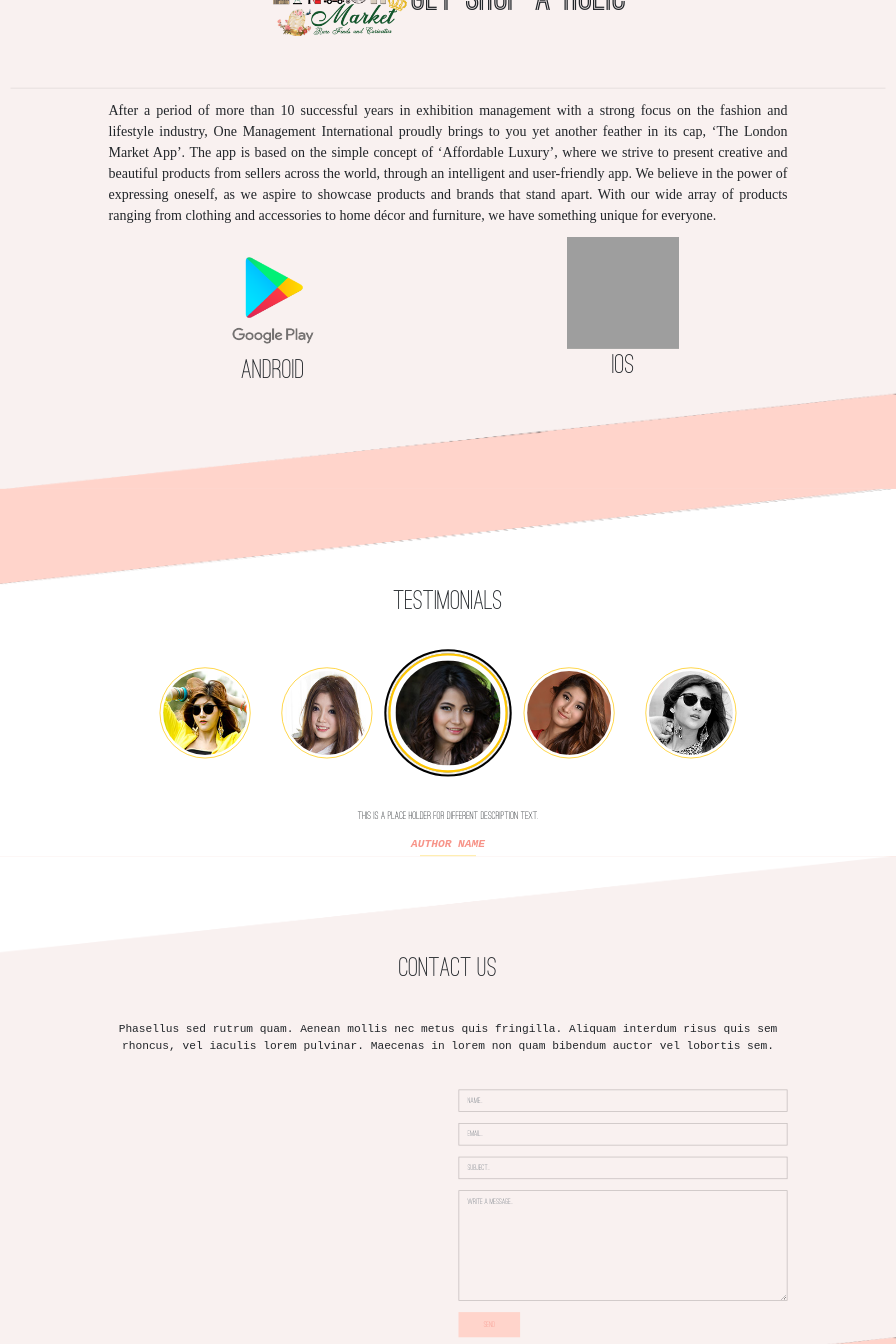
Repository: Demonster1999/newshoperrepo
Page: index.html
The author's editor kept a copy of each file at every save. The page is drawn from the files as they stood at one save, then again after a run of saves.
The browser window is 1280 px wide. The pictures show the part of the page from y = 799 to 2719 px (the page is 2912 px tall), at 70% of full size.
Pictures or frames that could not be fetched are drawn as grey boxes. Some web libraries are served in a nearby version.

Above is the page before, as saved 2020-07-21 13:35:37.
Console error: TypeError: Cannot read properties of null (reading 'getContext')

### index.html
<!DOCTYPE html>
<head>
	<meta charset="UTF-8">
	<title>London Market</title>
	<meta name="keywords" content="" />
	<meta name="description" content="" />
    <meta name="viewport" content="width=device-width, initial-scale=1.0">
    <!--
    	Roller Template
		http://www.london-market.com/preview/london-market_424_roller
	-->
	<link rel="stylesheet" href="https://fonts.googleapis.com/css2?family=Great+Vibes">
	<link href="http://fonts.googleapis.com/css?family=Open+Sans:300,400,700" rel="stylesheet" type="text/css">
	<!-- <link href="css/font-awesome.min.css" rel="stylesheet">FontAwesome Icons -->
	<link rel="stylesheet" href="https://cdnjs.cloudflare.com/ajax/libs/font-awesome/5.14.0/css/all.min.css"
		integrity="sha512-1PKOgIY59xJ8Co8+NE6FZ+LOAZKjy+KY8iq0G4B3CyeY6wYHN3yt9PW0XpSriVlkMXe40PTKnXrLnZ9+fkDaog=="
		crossorigin="anonymous" />
	<link rel="stylesheet" href="https://maxcdn.bootstrapcdn.com/bootstrap/4.0.0/css/bootstrap.min.css" integrity="sha384-Gn5384xqQ1aoWXA+058RXPxPg6fy4IWvTNh0E263XmFcJlSAwiGgFAW/dAiS6JXm" crossorigin="anonymous">
	<link rel="stylesheet" href="fonts/ostrich-sans.css">
	<link href="css/LondonMarket.css" rel="stylesheet" type="text/css">
	<link rel="stylesheet" href="css/into-to-app.css">
	<link rel="stylesheet" href="css/navbar.css">
	<link rel="stylesheet" href="css/carousel.css">

</head>
<body>
	<nav class="navbar custom-nav sticky-top p-0 m-0 ">
		<a class="navbar-brand mx-auto text-white" style="font-family: Great Vibes; font-size: 40px;" href="#">London Market</a>

	  </nav>

	<nav class="navbar third-nav navbar-expand-lg navbar-light bg-light">
		<div class="container">
			<button class="navbar-toggler navbar-toggler-icon" type="button" data-toggle="collapse" data-target="#navbarSupportedChontent"
			aria-controls="navbarSupportedContent" aria-expanded="false" aria-label="Toggle navigation">
			<span class=""></span>
		</button>


		<div class="collapse navbar-collapse" id="navbarSupportedContent">
			<ul class="navbar-nav  mr-auto text-center">

				<li class="nav-item">
					<a class=" " href="#">Register</a>
				</li>
				<li class="nav-item ">
					<a class="" href="#">login</a>
				</li>


		</div>
		<div class="  mr-auto ">
			<!-- social icons  -->
			<button class="fab fa-facebook-f"></button>
			<button class="fab fa-twitter"></button>
			<button class="fab fa-linkedin-in"></button>
			<button class="fab fa-instagram"></button>
			<button class="fab fa-youtube"></button>
		</div>
		</div>

	</nav>


	<!-- nav with dots  -->
	<nav class="nav">
        <ul>
            <li class="dot1 active" id="ec1" data-toggle="tooltip" data-placement="left" title="Tooltip on left"></li>
            <li class="dot2" id="ec2" data-toggle="tooltip" data-placement="left" title="Tooltip on left"></li>
            <li class="dot3" id="ec3"  data-toggle="tooltip" data-placement="left" title="Tooltip on left"></li>
			<li class="dot4" id="ec4"  data-toggle="tooltip" data-placement="left" title="Tooltip on left"></li>
			<li class="dot5" id="ec5"  data-toggle="tooltip" data-placement="left" title="Tooltip on left"></li>
			<li class="dot5" id="ec5"  data-toggle="tooltip" data-placement="left" title="Tooltip on left"></li>
        </ul>
    </nav>

		<section class="" id="home">
			<div id="demo" class="carousel slide" data-ride="carousel">
				<ul class="carousel-indicators">
					<li data-target="#demo" data-slide-to="0" class="active"></li>
					<li data-target="#demo" data-slide-to="1"></li>
					<li data-target="#demo" data-slide-to="2"></li>
					<!-- <li data-target="#demo" data-slide-to="3"></li> -->
				</ul>
				<div class="carousel-inner">
					<div class="carousel-item active">
						<img src="images/carousel/carousel1.jpg" alt="Los Angeles"   >
						<div class="carousel-caption">
							<h3>Los Angeles</h3>
							<p>We had such a great time in LA!</p>
						</div>
					</div>
					<div class="carousel-item">
						<img src="images/carousel/carousel4.jpg" alt="Chicago"  >
						<div class="carousel-caption">
							<h3>Chicago</h3>
							<p>Thank you, Chicago!</p>
						</div>
					</div>
					<div class="carousel-item">
						<img src="images/carousel/cp11.jpg" alt="Chicago" >
						<div class="carousel-caption">
							<h3>Chicago</h3>
							<p>Thank you, Chicago!</p>
						</div>
					</div>
					<!-- <div class="carousel-item">
						<img src="images/images/lmimages/Adobe_20200716_143015.png" alt="Chicago">
						<div class="carousel-caption">
							<h3>Chicago</h3>
							<p>Thank you, Chicago!</p>
						</div>
					</div> -->
					<!-- <div class="carousel-item">
						<img src="images/carousel/carousel3.jpg" alt="New York" class=" w-100" style="height: 300px; max-height: 500px;">
						<div class="carousel-caption">
							<h3>New York</h3>
							<p>We love the Big Apple!</p>
						</div>
					</div> -->
				</div>
				<a class="carousel-control-prev" href="#demo" data-slide="prev">
					<span class="carousel-control-prev-icon"></span>
				</a>
				<a class="carousel-control-next" href="#demo" data-slide="next">
					<span class="carousel-control-next-icon"></span>
				</a>
			</div>
		</section>

<section class=" intro-to-app container-fluid">
	<img src="images/tm-border-black-top.png" class="w-100 img-top" alt="">
	<div class="container-fluid text-center ">

		<img src="images/images/lmimages/lm.png" class="p-0 m-0" width=200px height="200px" alt="" >
		<h1 class="mx-auto  "> Get Shop-a-holic</h1>

		<hr>


		<div class="container ">
			<p class="lead text-justify">After a period of more than 10 successful years in exhibition management with a strong focus on the fashion and
			lifestyle industry, One Management International proudly brings to you yet another feather in its cap, ‘The London
			Market App’.
			The app is based on the simple concept of ‘Affordable Luxury’, where we strive to present creative and beautiful
			products from sellers across the world, through an intelligent and user-friendly app. We believe in the power of
			expressing oneself, as we aspire to showcase products and brands that stand apart. With our wide array of products
			ranging from clothing and accessories to home décor and furniture, we have something unique for everyone.
</p>
               <div class="row">
<div class="col-md-6 p-2 text-center">
	<a href="https://play.google.com/store/apps/details?id=com.prpwebs.londonmarket" class="h1"> <img src="images/logos/play store.png" class=" " width="160px" height="160px" alt="play">
		<center> Android</center>
	</a>
</div>
<div class="col-md-6 text-center">
	<a href="" class="h1"> <img src="images/logos/hiclipart.com.png" class=" " width="160px" height="160px" alt="app">
		<center>ios</center>
	</a>

</div>
			   </div>

		</div>
	</div>
	<img src="images/tm-border-black-bottom.png" class="w-100 imgbottom" alt="">
</section>

<section class="tm-dark-bg tm-section" id="portfolio">
			<div class="container">



					</div>
		</section> <!-- portfolio -->
		<section class="tm-section bg-white" id="testimonials" >
			<img src="images/tm-border-black-top.png" alt="Border" class="tm-border">
			<div class="container">
				<h1 class="text-uppercase text-center">Testimonials</h1>
				<div class="text-center margin-top-50 tm-testimonial-images-container">
					<div class="img-container">
						<div class="tm-img-circle-border absolute-center" data-comment="Sed velit elit, ornare cursus ex ac, tempor viverra mi. Vestibulum tincidunt egestas tellus, vel pharetra ante tincidunt sit amet. Vestibulum vitae velit eget metus interdum interdum." data-author="Jennifer Ves Tin" id="author1">
							<img src="images/testimonials/1.jpg" alt="Testimonial 1" class="img-circle tm-img-testimonial">
						</div>
					</div>
					<div class="img-container">
						<div class="tm-img-circle-border absolute-center" data-comment="Morbi posuere metus quam, vitae tempus nulla vehicula eu. Etiam vitae nunc faucibus, iaculis tellus eu, molestie turpis. Nam quis consequat leo. Nulla ac erat in libero porta commodo. Phasellus fringilla pharetra ullamcorper." data-author="Alicia Nulla Act" id="author2">
							<img src="images/testimonials/2.jpg" alt="Testimonial 2" class="img-circle tm-img-testimonial">
						</div>
					</div>
					<div class="img-container">
						<div class="tm-img-circle-border absolute-center active" data-comment="Suspendisse a maximus sem. Pellentesque consequat finibus metus a varius. Morbi placerat suscipit mi, in tincidunt ligula lobortis porttitor. Mauris mollis, ex sit amet sagittis elementum, tellus quam vestibulum ex, vitae cursus massa tortor et tortor." data-author="Dacilisis Luctus" id="author3">
							<img src="images/testimonials/3.jpg" alt="Testimonial 3" class="img-circle tm-img-testimonial">
						</div>

					</div>
					<div class="img-container">
						<div class="tm-img-circle-border absolute-center" data-comment="Donec laoreet nisl vel nisi posuere tempus quis at tortor. Curabitur egestas elementum est sit amet gravida. Quisque maximus diam eu turpis malesuada, in interdum massa efficitur. Vestibulum blandit pellentesque ipsum a fermentum. Duis id rutrum leo." data-author="Jessica Nisi Vel" id="author4">
							<img src="images/testimonials/4.jpg" alt="Testimonial 4" class="img-circle tm-img-testimonial">
						</div>
					</div>
					<div class="img-container">
						<div class="tm-img-circle-border absolute-center" data-comment="Integer aliquam nibh nulla, id elementum purus tempus quis. Etiam eu massa condimentum, consectetur turpis et, semper diam. Vivamus mauris ipsum, bibendum non tempor nec, ultricies a leo. Fusce eu efficitur diam. Praesent vel mi viverra leo finibus maximus sed in ipsum." data-author="Malicia Viva Fusce" id="author5">
							<img src="images/testimonials/5.jpg" alt="Testimonial 5" class="img-circle tm-img-testimonial">
						</div>
					</div>
				</div>
				<p class="text-center margin-top-50 tm-comment"><em>This is a place holder for different description text.</em></p>
				<p class="text-uppercase text-center tm-author tm-orange-text">Author Name</p>
				<hr class="tm-author-name-underline">
			</div>
		</section> <!-- testimonials -->
		<section class="tm-section tm-orange-bg" id="contact" >
			<img src="images/tm-border-white-top.png" alt="Border" class="tm-border">
			<div class="container">
				<h1 class="text-uppercase text-center">Contact Us</h1>
				<p class="text-center margin-top-50">Phasellus sed rutrum quam. Aenean mollis nec metus quis fringilla. Aliquam interdum risus quis sem rhoncus, vel iaculis lorem pulvinar. Maecenas in lorem non quam bibendum auctor vel lobortis sem.</p>
				<div class="row margin-top-50">
					<div class="col-lg-6 col-md-6 col-sm-6 col-xs-12">
						<div id="map-canvas"></div>
					</div>
					<div class="col-lg-6 col-md-6 col-sm-6 col-xs-12">
						<form action="#" method="post" class="tm-contact-form">
							<div class="form-group">
								<input type="text" id="contact_name" class="form-control" placeholder="NAME..." />
							</div>
							<div class="form-group">
								<input type="text" id="contact_email" class="form-control" placeholder="EMAIL..." />
							</div>
							<div class="form-group">
								<input type="text" id="contact_subject" class="form-control" placeholder="SUBJECT..." />
							</div>
							<div class="form-group">
								<textarea id="contact_message" class="form-control" rows="8" placeholder="WRITE A MESSAGE..."></textarea>
							</div>
							<button type="submit" class="btn text-uppercase tm-dark-bg tm-orange-text tm-send-btn">Send</button>
						</form>
					</div>
				</div>
			</div>
			<img src="images/tm-border-black-bottom.png" alt="Border" class="tm-border">
		</section> <!-- contact -->


	<footer class="text-right tm-dark-bg">
		<p class="text-uppercase container small">Copyright &copy; 2084 <a href="#">Company Name</a></p>
	</footer>
	<script src="js/jquery-1.11.1.min.js" ></script>
	<!-- <script src="https://code.jquery.com/jquery-3.5.1.min.js"
		integrity="sha256-9/aliU8dGd2tb6OSsuzixeV4y/faTqgFtohetphbbj0=" crossorigin="anonymous"></script> -->
		<script src="https://cdnjs.cloudflare.com/ajax/libs/font-awesome/5.14.0/js/all.min.js"
			integrity="sha512-YSdqvJoZr83hj76AIVdOcvLWYMWzy6sJyIMic2aQz5kh2bPTd9dzY3NtdeEAzPp/PhgZqr4aJObB3ym/vsItMg=="
			crossorigin="anonymous"></script>
<script src="https://cdnjs.cloudflare.com/ajax/libs/popper.js/1.12.9/umd/popper.min.js" integrity="sha384-ApNbgh9B+Y1QKtv3Rn7W3mgPxhU9K/ScQsAP7hUibX39j7fakFPskvXusvfa0b4Q" crossorigin="anonymous"></script>
<script src="https://maxcdn.bootstrapcdn.com/bootstrap/4.0.0/js/bootstrap.min.js" integrity="sha384-JZR6Spejh4U02d8jOt6vLEHfe/JQGiRRSQQxSfFWpi1MquVdAyjUar5+76PVCmYl" crossorigin="anonymous"></script>
	<script src="js/LondonMarket.js"></script>
	<script src="js/scrollnav.js"></script>
</body>
</html>

### css/into-to-app.css
.intro-to-app{

    padding: 0;
    background-color:#F9F1F0;

}
.intro-to-app img{
    display: inline;
}
.intro-to-app h1{
    font-family: ostrich sans ;
    font-weight: bold;
    display: inline;
    font-size: 50px;

}
.intro-to-app p{
    font-family: hevletica;

}
.imgbottom{
    width: 200%;
    margin: 0;

    position: relative;

}

.img-top{
    margin: 0;
    position: relative;



}

### css/navbar.css
.custom-nav {
    background-color: #e2725b;

}
.custom-nav {
    color: #fff;
    font-size: 25px;

}

/* thirdnav  */
.third-nav a{
    color: black;
    font-family: 'Lucida Sans', 'Lucida Sans Regular', 'Lucida Grande', 'Lucida Sans Unicode', Geneva, Verdana, sans-serif;
    font-weight: bold;
    color: #e2725b;
}
.third-nav ul li{
    margin-left: 10%;
    margin-right: 10%;
}
.third-nav .fa-facebook-f,.fa-twitter,.fa-linkedin-in,.fa-instagram,.fa-youtube{
 margin-left: 5px;
  margin-right: 5px;
    color:#e2725b;

}

/* thirdnav end  */

.nav {
    position: fixed;
    top: 45%;
    bottom: 30%;
    right: 0;
	width: 60px;
	z-index: 50;
}

.nav ul {
	list-style: none;
}


.nav li {
    width: 10px;
	height: 10px;
	margin: 10px;
    border-radius: 100%;
    background-color: rosybrown;
    cursor: pointer;
    transition: .5s;
}

.dot1 {
    background-color: rgb(82, 43, 43);
}

.dot2 {
    background-color: rgb(24, 73, 44);
}

.dot3 {
    background-color: rgb(73, 58, 204);
}

.dot4 {
    background-color: rgb(58, 70, 31);
}

.active {
    box-shadow: 0 0 0 3px #fffffff1, 0 0 0 6px #000;
}

### css/carousel.css
#home .carousel-inner img {
    min-width: 100%;
    min-height: 320px;
    max-height: 500px;
    max-resolution: 0;
  }


  #home .carousel-inner .carousel-caption{
    position: absolute;
    font-size: 30px;
    background-color: rgba(0,0, 0, 0.3);
    width: 100%;
    margin: 0;
    left: 0;
    right: 0;
    height: 100%;
    top: 5px;

  }

    #home .carousel-inner .carousel-caption h3{
      position: relative;
      top: 40%;
      font-family:fantasy;

      font-size: 40px;
    }
    #home .carousel-inner .carousel-caption p{
      position: relative;
      top: 42%;
      font-family: Cambria, Cochin, Georgia, Times, 'Times New Roman', serif;

    }
    .carousel-control-prev,.carousel-control-next{
      z-index: 50;
    }

Loaded but not shown: fonts/ostrich-sans.css (common file); js/jquery-1.11.1.min.js (library); js/LondonMarket.js (359 lines, source omitted); js/scrollnav.js (48 lines, source omitted); css/LondonMarket.css (433 lines, source omitted)

After the next 2 saves:
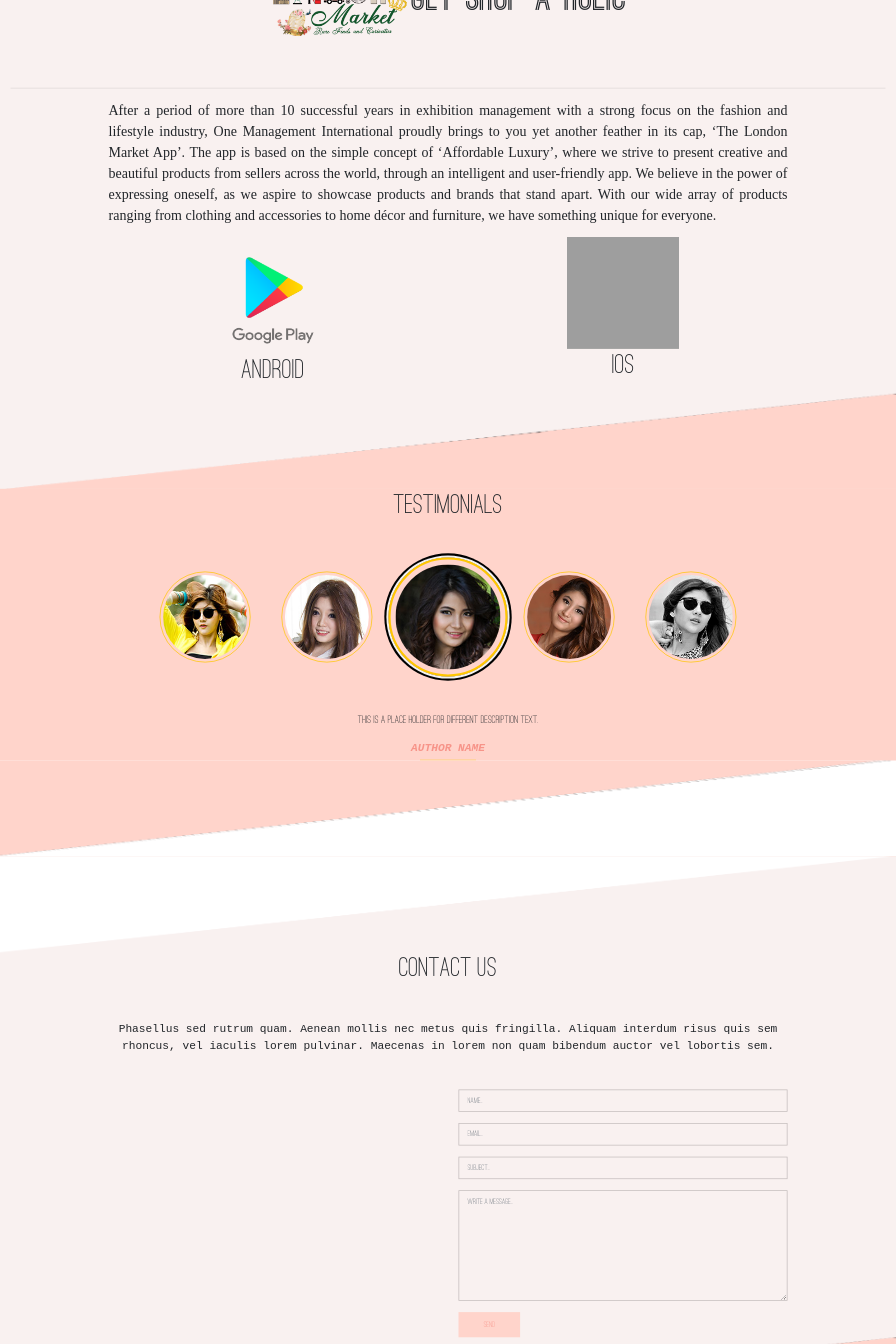
The 2 saves are shown as one change because they came seconds apart.
The last was saved 74 s later.
--- a/index.html
+++ b/index.html
@@ -169,45 +169,55 @@
 <section class="tm-dark-bg tm-section" id="portfolio">
 			<div class="container">
 
-
+<h1 class="text-uppercase text-center">Testimonials</h1>
+<div class="text-center margin-top-50 tm-testimonial-images-container">
+	<div class="img-container">
+		<div class="tm-img-circle-border absolute-center"
+			data-comment="Sed velit elit, ornare cursus ex ac, tempor viverra mi. Vestibulum tincidunt egestas tellus, vel pharetra ante tincidunt sit amet. Vestibulum vitae velit eget metus interdum interdum."
+			data-author="Jennifer Ves Tin" id="author1">
+			<img src="images/testimonials/1.jpg" alt="Testimonial 1" class="img-circle tm-img-testimonial">
+		</div>
+	</div>
+	<div class="img-container">
+		<div class="tm-img-circle-border absolute-center"
+			data-comment="Morbi posuere metus quam, vitae tempus nulla vehicula eu. Etiam vitae nunc faucibus, iaculis tellus eu, molestie turpis. Nam quis consequat leo. Nulla ac erat in libero porta commodo. Phasellus fringilla pharetra ullamcorper."
+			data-author="Alicia Nulla Act" id="author2">
+			<img src="images/testimonials/2.jpg" alt="Testimonial 2" class="img-circle tm-img-testimonial">
+		</div>
+	</div>
+	<div class="img-container">
+		<div class="tm-img-circle-border absolute-center active"
+			data-comment="Suspendisse a maximus sem. Pellentesque consequat finibus metus a varius. Morbi placerat suscipit mi, in tincidunt ligula lobortis porttitor. Mauris mollis, ex sit amet sagittis elementum, tellus quam vestibulum ex, vitae cursus massa tortor et tortor."
+			data-author="Dacilisis Luctus" id="author3">
+			<img src="images/testimonials/3.jpg" alt="Testimonial 3" class="img-circle tm-img-testimonial">
+		</div>
+
+	</div>
+	<div class="img-container">
+		<div class="tm-img-circle-border absolute-center"
+			data-comment="Donec laoreet nisl vel nisi posuere tempus quis at tortor. Curabitur egestas elementum est sit amet gravida. Quisque maximus diam eu turpis malesuada, in interdum massa efficitur. Vestibulum blandit pellentesque ipsum a fermentum. Duis id rutrum leo."
+			data-author="Jessica Nisi Vel" id="author4">
+			<img src="images/testimonials/4.jpg" alt="Testimonial 4" class="img-circle tm-img-testimonial">
+		</div>
+	</div>
+	<div class="img-container">
+		<div class="tm-img-circle-border absolute-center"
+			data-comment="Integer aliquam nibh nulla, id elementum purus tempus quis. Etiam eu massa condimentum, consectetur turpis et, semper diam. Vivamus mauris ipsum, bibendum non tempor nec, ultricies a leo. Fusce eu efficitur diam. Praesent vel mi viverra leo finibus maximus sed in ipsum."
+			data-author="Malicia Viva Fusce" id="author5">
+			<img src="images/testimonials/5.jpg" alt="Testimonial 5" class="img-circle tm-img-testimonial">
+		</div>
+	</div>
+</div>
+<p class="text-center margin-top-50 tm-comment"><em>This is a place holder for different description text.</em></p>
+<p class="text-uppercase text-center tm-author tm-orange-text">Author Name</p>
+<hr class="tm-author-name-underline">
 
 					</div>
 		</section> <!-- portfolio -->
 		<section class="tm-section bg-white" id="testimonials" >
 			<img src="images/tm-border-black-top.png" alt="Border" class="tm-border">
 			<div class="container">
-				<h1 class="text-uppercase text-center">Testimonials</h1>
-				<div class="text-center margin-top-50 tm-testimonial-images-container">
-					<div class="img-container">
-						<div class="tm-img-circle-border absolute-center" data-comment="Sed velit elit, ornare cursus ex ac, tempor viverra mi. Vestibulum tincidunt egestas tellus, vel pharetra ante tincidunt sit amet. Vestibulum vitae velit eget metus interdum interdum." data-author="Jennifer Ves Tin" id="author1">
-							<img src="images/testimonials/1.jpg" alt="Testimonial 1" class="img-circle tm-img-testimonial">
-						</div>
-					</div>
-					<div class="img-container">
-						<div class="tm-img-circle-border absolute-center" data-comment="Morbi posuere metus quam, vitae tempus nulla vehicula eu. Etiam vitae nunc faucibus, iaculis tellus eu, molestie turpis. Nam quis consequat leo. Nulla ac erat in libero porta commodo. Phasellus fringilla pharetra ullamcorper." data-author="Alicia Nulla Act" id="author2">
-							<img src="images/testimonials/2.jpg" alt="Testimonial 2" class="img-circle tm-img-testimonial">
-						</div>
-					</div>
-					<div class="img-container">
-						<div class="tm-img-circle-border absolute-center active" data-comment="Suspendisse a maximus sem. Pellentesque consequat finibus metus a varius. Morbi placerat suscipit mi, in tincidunt ligula lobortis porttitor. Mauris mollis, ex sit amet sagittis elementum, tellus quam vestibulum ex, vitae cursus massa tortor et tortor." data-author="Dacilisis Luctus" id="author3">
-							<img src="images/testimonials/3.jpg" alt="Testimonial 3" class="img-circle tm-img-testimonial">
-						</div>
-
-					</div>
-					<div class="img-container">
-						<div class="tm-img-circle-border absolute-center" data-comment="Donec laoreet nisl vel nisi posuere tempus quis at tortor. Curabitur egestas elementum est sit amet gravida. Quisque maximus diam eu turpis malesuada, in interdum massa efficitur. Vestibulum blandit pellentesque ipsum a fermentum. Duis id rutrum leo." data-author="Jessica Nisi Vel" id="author4">
-							<img src="images/testimonials/4.jpg" alt="Testimonial 4" class="img-circle tm-img-testimonial">
-						</div>
-					</div>
-					<div class="img-container">
-						<div class="tm-img-circle-border absolute-center" data-comment="Integer aliquam nibh nulla, id elementum purus tempus quis. Etiam eu massa condimentum, consectetur turpis et, semper diam. Vivamus mauris ipsum, bibendum non tempor nec, ultricies a leo. Fusce eu efficitur diam. Praesent vel mi viverra leo finibus maximus sed in ipsum." data-author="Malicia Viva Fusce" id="author5">
-							<img src="images/testimonials/5.jpg" alt="Testimonial 5" class="img-circle tm-img-testimonial">
-						</div>
-					</div>
-				</div>
-				<p class="text-center margin-top-50 tm-comment"><em>This is a place holder for different description text.</em></p>
-				<p class="text-uppercase text-center tm-author tm-orange-text">Author Name</p>
-				<hr class="tm-author-name-underline">
+
 			</div>
 		</section> <!-- testimonials -->
 		<section class="tm-section tm-orange-bg" id="contact" >
